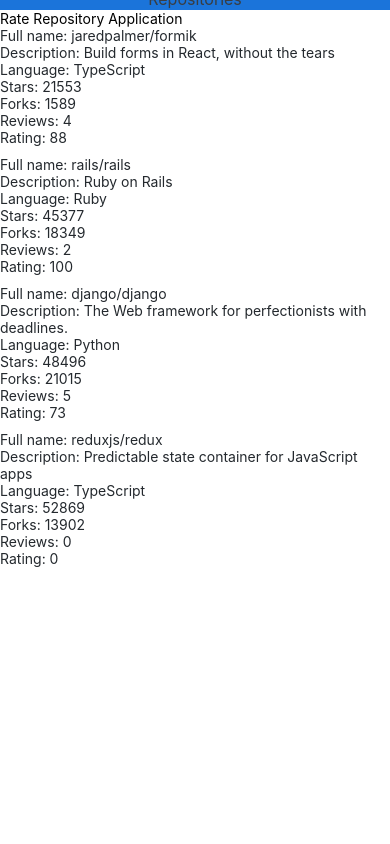
Repository: OrmeSile/react-native-FSO
Screen: / (app in rate-repository-app/)
The author's editor kept a copy of each file at every save. The screen is drawn from the files as they stood at one save, then again after the next save.
The app was drawn by React Native's web renderer in a window 390 px wide. The project was rebuilt for these pictures with package versions that can differ from the ones it lists, and the page was loaded fresh each time. Some packages were replaced by stand-ins written for this rebuild.

Above is the screen before, as saved 2022-05-15 16:41:12.

After the next save:
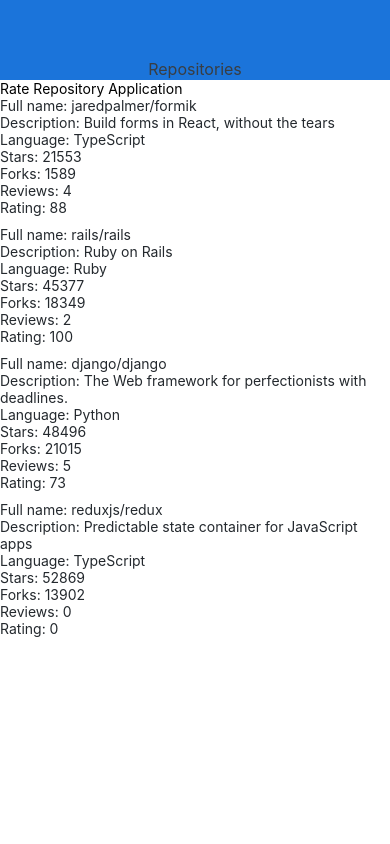
Saved 15 s later.
--- a/rate-repository-app/src/components/AppBar.jsx
+++ b/rate-repository-app/src/components/AppBar.jsx
@@ -6,7 +6,7 @@
 const styles = StyleSheet.create({
   container: {
     paddingTop: Constants.statusBarHeight,
-    height: 10,
+    height: 80,
     backgroundColor: theme.colors.appBarBackgroundColor,
     opacity: 0.9,
     display: 'flex',
